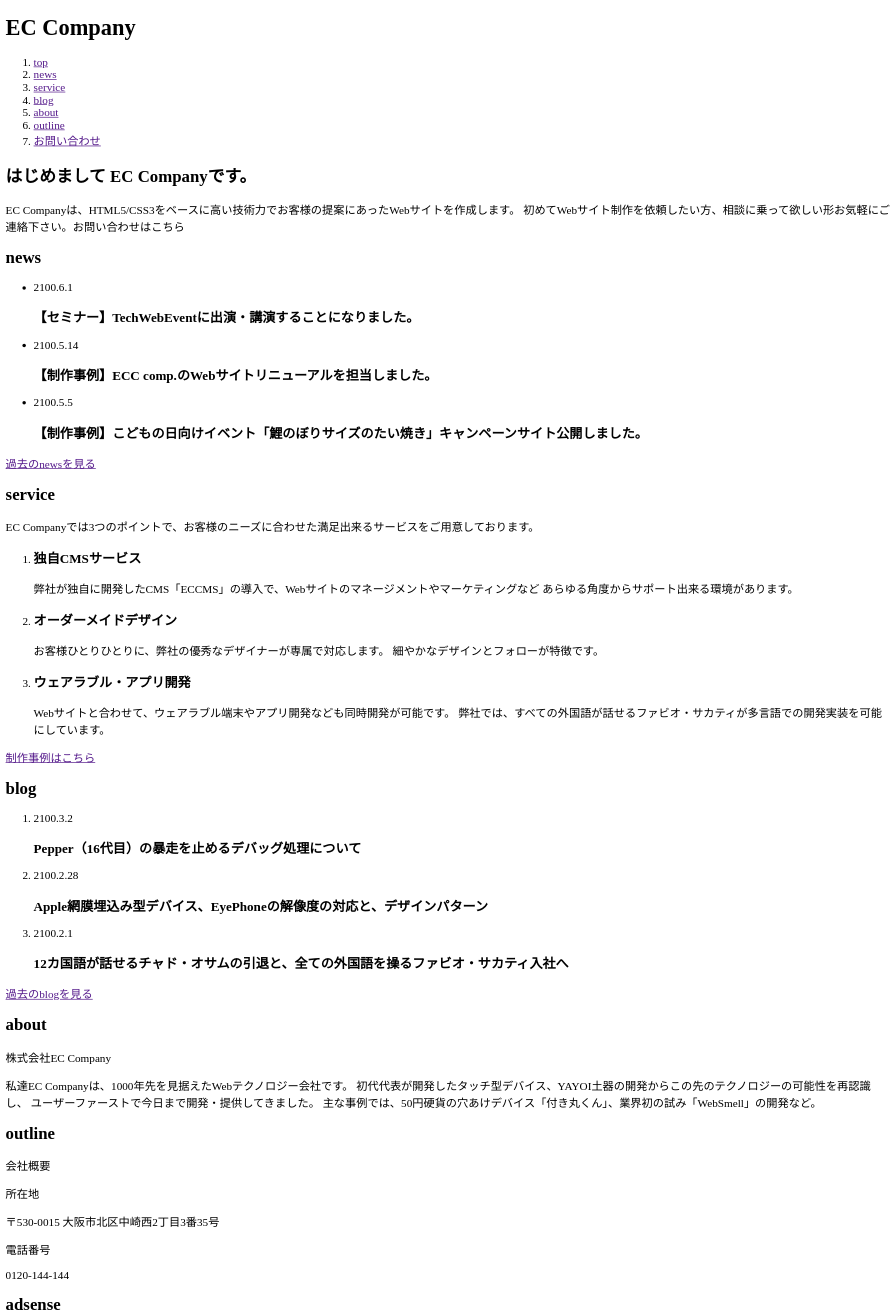
Repository: hsn320/html-practice
Page: html2/work01/work01.html
These files come from the project's save history. The page is drawn as it stood at one moment and after the next save; the edit follows.
The browser window is 1280 px wide. The pictures show the part of the page from y = 0 to 1878 px (the page is 2498 px tall before and 2504 px after), at 70% of full size.
A picture or video elsewhere on the page could not be fetched, so the positions and the page height are approximate.

Above is the page before, as saved 2025-10-01 23:17:55.

After the next save:
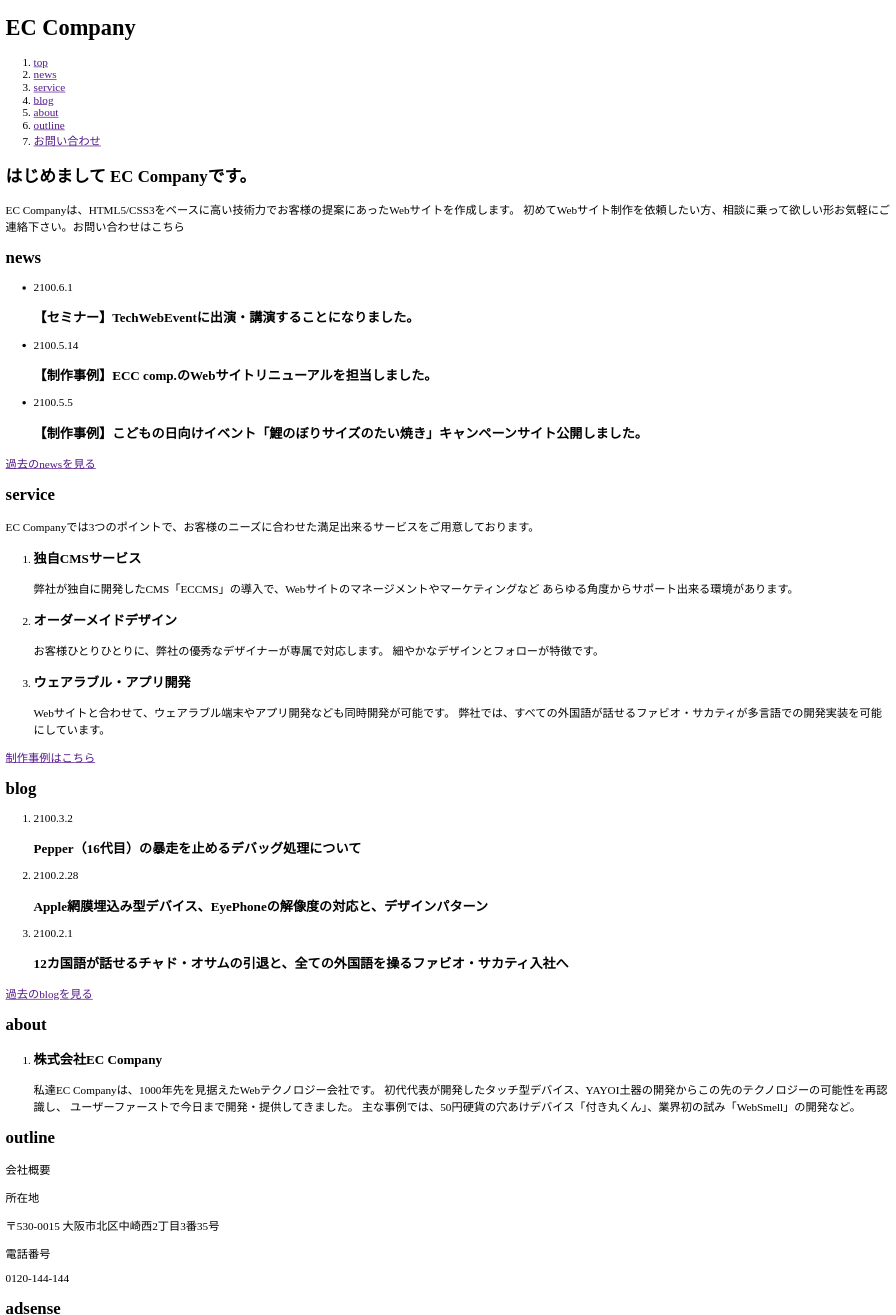
Saved 2 min 6 s later.
--- a/html2/work01/work01.html
+++ b/html2/work01/work01.html
@@ -106,9 +106,15 @@
     </section>
     <section>
         <h2>about</h2>
-        <p>株式会社EC Company</p>
-        <p>私達EC Companyは、1000年先を見据えたWebテクノロジー会社です。 初代代表が開発したタッチ型デバイス、YAYOI土器の開発からこの先のテクノロジーの可能性を再認識し、 ユーザーファーストで今日まで開発・提供してきました。
-            主な事例では、50円硬貨の穴あけデバイス「付き丸くん」、業界初の試み「WebSmell」の開発など。</p>
+        <ol>
+            <li>
+                <article>
+                    <h3>株式会社EC Company</h3>
+                    <p>私達EC Companyは、1000年先を見据えたWebテクノロジー会社です。 初代代表が開発したタッチ型デバイス、YAYOI土器の開発からこの先のテクノロジーの可能性を再認識し、 ユーザーファーストで今日まで開発・提供してきました。
+                        主な事例では、50円硬貨の穴あけデバイス「付き丸くん」、業界初の試み「WebSmell」の開発など。</p>
+                </article>
+            </li>
+        </ol>
     </section>
     <section>
         <h2>outline</h2>
@@ -133,7 +139,7 @@
     </section>
     </main>
     <footer>
-        copyright  comp ecccomp.Inc
+        copyright &copy; comp ecccomp.Inc
     </footer>
 </body>
 </html>
